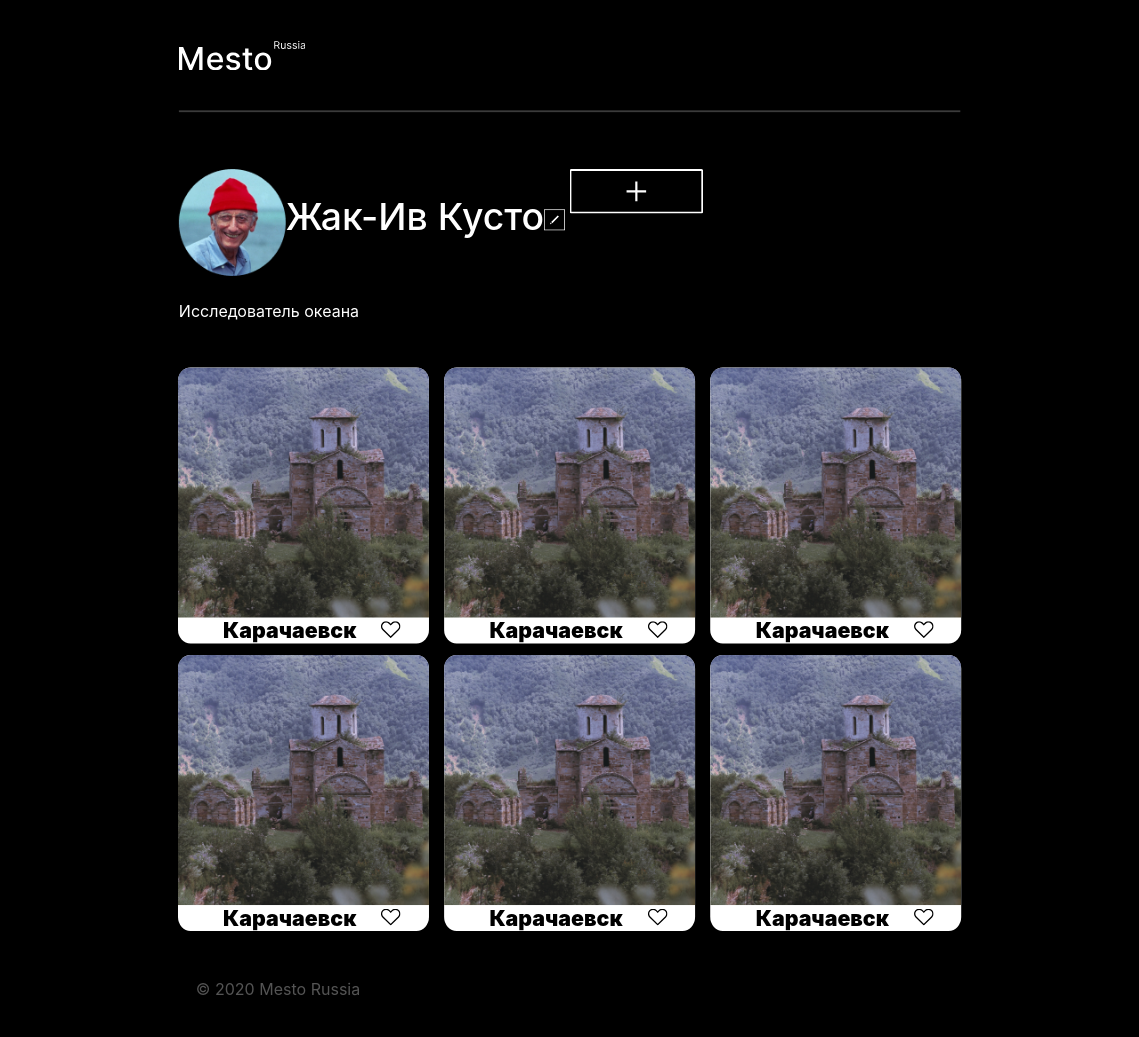
Repository: Ivan2399/mesto-project
Page: index.html
The author's editor kept a copy of each file at every save. The page is drawn from the files as they stood at one save, then again after the next save.
The browser window is 1280 px wide. The pictures show the whole page, at 89% of full size.

Above is the page before, as saved 2021-11-16 18:34:33.

### index.html
<!DOCTYPE html>
<html lang="ru">

<head>
    <meta charset="UTF-8">
    <meta http-equiv="X-UA-Compatible" content="IE=edge">
    <meta name="viewport" content="width=device-width, initial-scale=1.0">
    <link rel="stylesheet" href="./pages/index.css" />
    <title>Mesto</title>
</head>

<body class="root">
    <div class="page">
        <header class="header">
            <div class="header__container">
                <img class="header__logo" src="images/logo/Vector.svg" alt="Логотип">
                <div class="header__line"></div>
            </div>
        </header>
        <main class="content">
            <section class="profile profile__container_mobile">

                <div class="profile__container">
                    <img class="profile__avatar" src="images/avatar/Avatar.png" alt="Аватарка">
                    <h2 class="profile__nickname">Жак-Ив Кусто<button class="profile__buttons_type_editig"></button>
                    </h2>
                    <p class="profile__hobbyname">Исследователь океана</p>
                </div>

                <div>
                    <button class="profile__buttons_type_add"></button>
                </div>

            </section>
            <section class="table">
                <div class="table__container table__container_mobile">
                    <div class="table__card">
                        <img class="table__image" src="images/table/Karachaevsk.png" alt="Крепость">
                        <h2 class="table__title">Карачаевск <img class="table__button table__button_active"
                                src="images/buttons/Vector.svg" alt="Лайк"></h2>
                    </div>
                    <div class="table__card">
                        <img class="table__image" src="images/table/Karachaevsk.png" alt="Крепость">
                        <h2 class="table__title">Карачаевск <img class="table__button table__button_active"
                                src="images/buttons/Vector.svg" alt="Лайк"></h2>
                    </div>
                    <div class="table__card">
                        <img class="table__image" src="images/table/Karachaevsk.png" alt="Крепость">
                        <h2 class="table__title">Карачаевск <img class="table__button table__button_active"
                                src="images/buttons/Vector.svg" alt="Лайк"></h2>
                    </div>
                    <div class="table__card">
                        <img class="table__image" src="images/table/Karachaevsk.png" alt="Крепость">
                        <h2 class="table__title">Карачаевск <img class="table__button table__button_active"
                                src="images/buttons/Vector.svg" alt="Лайк"></h2>
                    </div>
                    <div class="table__card">
                        <img class="table__image" src="images/table/Karachaevsk.png" alt="Крепость">
                        <h2 class="table__title">Карачаевск <img class="table__button table__button_active"
                                src="images/buttons/Vector.svg" alt="Лайк"></h2>
                    </div>
                    <div class="table__card">
                        <img class="table__image" src="images/table/Karachaevsk.png" alt="Крепость">
                        <h2 class="table__title">Карачаевск <img class="table__button table__button_active"
                                src="images/buttons/Vector.svg" alt="Лайк"></h2>
                    </div>
                </div>
            </section>
            <section class="footer">
                <h2 class="footer__logo">© 2020 Mesto Russia</h2>
            </section>
        </main>
    </div>
</body>

</html>

### pages/index.css
@import url(../blocks/root/root.css);
@import url(../blocks/page/page.css);
@import url(../blocks/content/content.css);

/* header */

@import url(../blocks/header/header.css);
@import url(../blocks/header/__container/header__container.css);
@import url(../blocks/header/__logo/header__logo.css);
@import url(../blocks/header/__line/header__line.css);

/* profile */

@import url(../blocks/profile/profile.css);
@import url(../blocks/profile/__avatar/profile__avatar.css);
@import url(../blocks/profile/__container/profile__container.css);
@import url(../blocks/profile/__buttons/profile__buttons.css);
@import url(../blocks/profile/__buttons/_type/profile__buttons_type_add.css);
@import url(../blocks/profile/__buttons/_type/profile__buttons_type_editig.css);
@import url(../blocks/profile/__hobbyname/profile__hobbyname.css);
@import url(../blocks/profile/__nickname/profile__nickname.css);
@import url(../blocks/profile/__container/_mobile/profile__container_mobile.css);

/* table */

@import url(../blocks/table/table.css);
@import url(../blocks/table/__button/table__button.css);
@import url(../blocks/table/__card/table__card.css);
@import url(../blocks/table/__container/table__container.css);
@import url(../blocks/table/__image/table__image.css);
@import url(../blocks/table/__title/table__title.css);
@import url(../blocks/table/__container/_mobile/table__container_mobile.css);
@import url(../blocks/table/__button/_active/table__button_active.css);

/* footer */

@import url(../blocks/footer/footer.css);
@import url(../blocks/footer/__logo/footer__logo.css);

### images/buttons/Vector.svg
<svg width="22" height="19" viewBox="0 0 22 19" fill="none" xmlns="http://www.w3.org/2000/svg">
<path d="M20.2991 9.78586C22.567 7.54338 22.567 3.90213 20.2991 1.68186C18.0311 -0.560619 14.3486 -0.560619 12.0806 1.68186L10.9804 2.792L9.88007 1.70406C7.61215 -0.560619 3.92957 -0.560619 1.6841 1.68186C0.583822 2.76979 0 4.21297 0 5.74496C0 7.27695 0.606277 8.72013 1.6841 9.80806L10.9804 19L20.2991 9.78586ZM1.4371 5.74496C1.4371 4.59042 1.8862 3.52469 2.71702 2.72539C3.5703 1.88168 4.67058 1.45983 5.77086 1.45983C6.87114 1.45983 7.97142 1.88168 8.8247 2.72539L10.9804 4.83465L13.136 2.70318C14.8201 1.03798 17.582 1.03798 19.2437 2.70318C20.0521 3.50248 20.5236 4.56821 20.5236 5.72276C20.5236 6.8773 20.0745 7.94303 19.2437 8.74233L10.9804 16.9351L2.71702 8.76453C1.90865 7.94303 1.4371 6.8773 1.4371 5.74496Z" fill="black"/>
</svg>

### blocks/root/root.css
.root{
    margin: 0;
    padding: 0;
    font-family: "Inter";
    color: #FFFFFF;
}
h1,h2,h3,h4,h5,h6,p{
    margin: 0;
    padding: 0;
    font-family: "Inter";
    color: #FFFFFF;
}

### blocks/page/page.css
.page {
  background-color: #000000;
  max-width: 1280px;
  margin: auto;
}

### blocks/header/header.css
.header{
    display: grid;
}

### blocks/header/__container/header__container.css
.header__container {
  margin: 0 15.7% 0 15.7%;
  max-width: 880px;
  width: 68.6%;
}

### blocks/header/__logo/header__logo.css
.header__logo{
    margin: 5.2% 0 4.7% 0;
}
@media screen and (min-width:300px) and (max-width:600px){
    .header__logo{
        width:103.74px;
        height:24.24px;
    }
}

### blocks/header/__line/header__line.css
.header__line{
    border: 1px solid #545454;
    opacity: 0.7;
}

### blocks/profile/profile.css
.profile {
  display: grid;
  margin: 5% 15.7% 0 15.7%;
  max-width: 880px;
  width: 68.6%;
}

### blocks/profile/__avatar/profile__avatar.css
.profile__avatar{

}

### blocks/profile/__container/profile__container.css
.profile__container {
  display: flex;
  align-items: center;
  flex-direction: row;
  flex-wrap: wrap;
}

### blocks/profile/__buttons/profile__buttons.css
.profile__buttons{
    display: flex;
    flex-direction: row;
    justify-content: space-between;
    align-items: center;
}

### blocks/profile/__buttons/_type/profile__buttons_type_add.css
.profile__buttons_type_add {
  width: 150px;
  height: 50px;
  background-image: url(../../../../images/buttons/Add\ Button.svg);
  background-color: black;
  border: none;
  background-size: cover;
  background-repeat: no-repeat;

  margin-bottom: 6.7%;
}
.profile__buttons_type_add:hover {
  opacity: 0.6;
  border: 2px solid #ffffff;
  box-sizing: border-box;
  border-radius: 2px;
}

### blocks/profile/__buttons/_type/profile__buttons_type_editig.css
.profile__buttons_type_editig {
  width: 24px;
  height: 24px;
  background-image: url(../../../../images/buttons/Edit\ Button.svg);
  background-color: black;
  border: none;
  background-size: cover;
  background-repeat: no-repeat;
  margin-bottom: 6.7%;
  grid-column: 2;
  grid-row: 1;
}
.profile__buttons_type_editig:hover {
  border: 1px solid #ffffff;
  box-sizing: border-box;
}

### blocks/profile/__hobbyname/profile__hobbyname.css
.profile__hobbyname {
  font-style: normal;
  font-weight: normal;
  font-size: 18px;
  line-height: 22px;
  grid-column: 2;
  padding-top: 6.7%;
}

### blocks/profile/__nickname/profile__nickname.css
.profile__nickname {
  font-style: normal;
  font-weight: 500;
  font-size: 42px;
  line-height: 48px;
}

### blocks/profile/__container/_mobile/profile__container_mobile.css
.profile__container_mobile{
    grid-template-columns: repeat(auto-fit,minmax(200px,1fr));
}

### blocks/table/table.css
.table{
    max-width:880px;
    margin:4% auto 0;
}

### blocks/table/__button/table__button.css
.table__button {
  width: 22px;
  height: 19px;
  /* background-image: url(../../../images/buttons/Vector.svg);
  border: none;
  background-color: white;
  background-size: cover;
  background-repeat: no-repeat; */
  align-self: flex-end;
  margin-left: 10%;
}
.table__button:hover {
  color: #000000;
  opacity: 0.5;
}

### blocks/table/__card/table__card.css
.table__card{
    max-width: 282px;
    background-color: white;

    border-radius: 5%;

    display: flex;
    flex-direction: column;
}

### blocks/table/__container/table__container.css
.table__container{
    display: grid;
    grid-template-columns: repeat(3,1fr);
    gap:2%;
}

### blocks/table/__image/table__image.css
.table__image{
    max-width: 282px;
    max-height: 282px;
    border-radius: 5% 5% 0 0 ;
}

### blocks/table/__title/table__title.css
.table__title {
  max-width: 246px;
  font-style: normal;
  font-weight: 900;
  font-size: 24px;
  line-height: 29px;

  margin-left: 18%;
  color: #000000;
}

### blocks/table/__container/_mobile/table__container_mobile.css
.table__container_mobile{
    grid-template-columns: repeat(auto-fit, minmax(280px, 1fr));
}

### blocks/table/__button/_active/table__button_active.css
.table__button_active:active{
    background-image: url(../../../../images/buttons/Union.png);
    color: black;
}

### blocks/footer/footer.css
.footer{
    max-width: 840px;
    margin: auto;
}

### blocks/footer/__logo/footer__logo.css
.footer__logo {
  font-style: normal;
  font-weight: normal;
  font-size: 18px;
  line-height: 22px;

  color: #545454;
  margin-top: 8%;
  padding-bottom: 5%;
}

Loaded but not shown: blocks/content/content.css (no stored copy; drawn as an empty file)

After the next save:
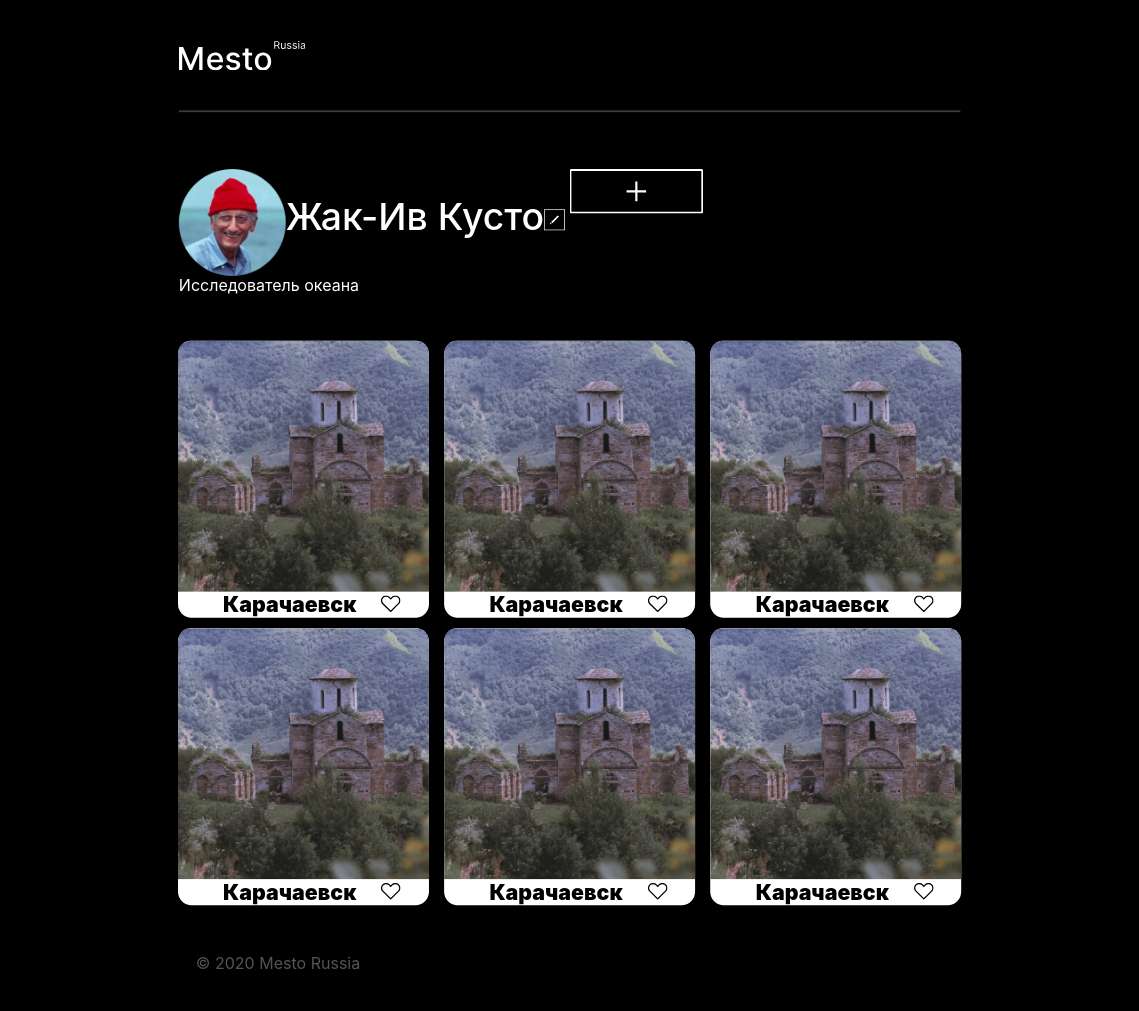
Saved 86 s later.
--- a/blocks/profile/__hobbyname/profile__hobbyname.css
+++ b/blocks/profile/__hobbyname/profile__hobbyname.css
@@ -4,5 +4,4 @@
   font-size: 18px;
   line-height: 22px;
   grid-column: 2;
-  padding-top: 6.7%;
 }
